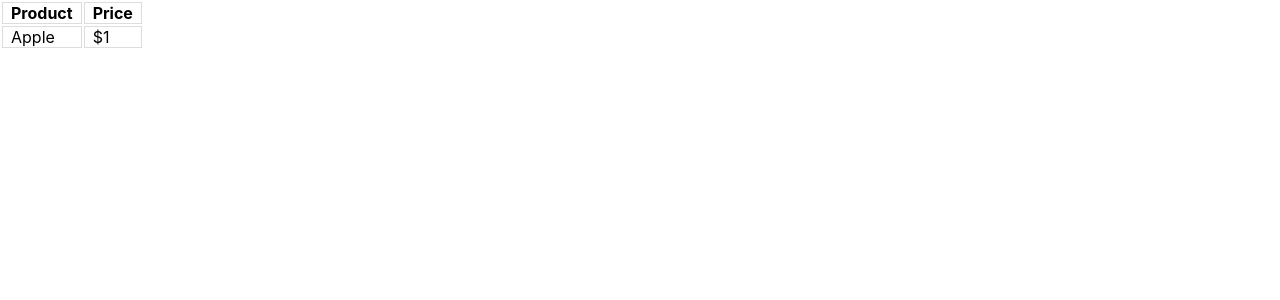
Repository: mariocapitbrok/reactjs-learn
Page: / (app in 05_filtered-data-table/)
An editor plug-in stored every save of this project. The page is shown before and after the next save, followed by the edit.
The browser window is 1280 px wide. The pictures show the whole page.
The project was rebuilt for these pictures with package versions that can differ from the ones it lists, and the page was loaded fresh each time.

Above is the page before, as saved 2023-02-25 20:31:05.

### 05_filtered-data-table/src/App.js
import ProductRow from './components/ProductRow'
import './App.css'

function App() {
  return (
    <div className="App">
      <ProductRow />
    </div>
  )
}

export default App

### 05_filtered-data-table/src/components/ProductRow.jsx
import styled from 'styled-components'
import '../App.css'

function ProducTrow() {
  const product = {
    category: 'Fruits',
    price: '$1',
    stocked: true,
    name: 'Apple',
  }

  return (
    <Table>
      <Thead>
        <Tr>
          <Th>Product</Th>
          <Th>Price</Th>
        </Tr>
      </Thead>
      <Tbody>
        <Tr>
          <Td>{product.name}</Td>
          <Td>{product.price}</Td>
        </Tr>
      </Tbody>
    </Table>
  )
}

export default ProducTrow

const Table = styled.table.attrs(props => ({
  id: 'products',
}))``
const Thead = styled.thead.attrs(props => ({}))``
const Tbody = styled.tbody.attrs(props => ({}))``
const Tr = styled.tr.attrs(props => ({}))``
const Th = styled.th.attrs(props => ({}))``
const Td = styled.td.attrs(props => ({}))``

### 05_filtered-data-table/src/App.css
#products th, #products td {
  border: 1px solid #ddd;
  padding: 0px 8px;
}

Loaded but not shown: 05_filtered-data-table/public/index.html (common file); 05_filtered-data-table/src/index.js (common file); 05_filtered-data-table/src/index.css (common file); 05_filtered-data-table/src/reportWebVitals.js (common file)

After the next save:
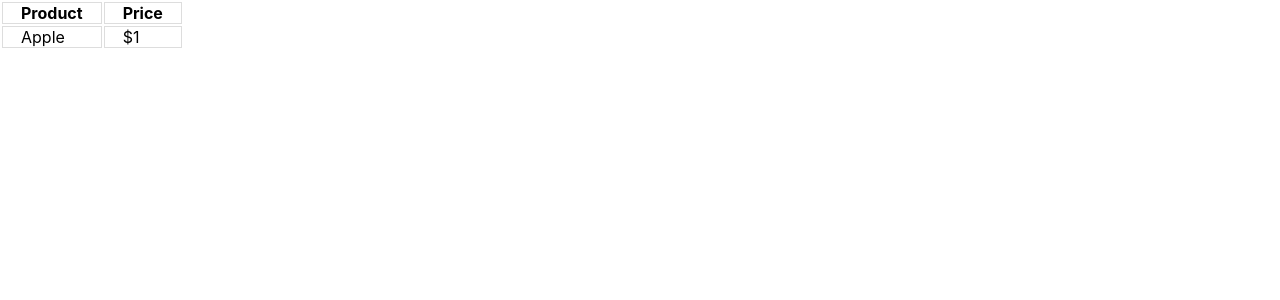
Saved 5 s later.
--- a/05_filtered-data-table/src/App.css
+++ b/05_filtered-data-table/src/App.css
@@ -1,4 +1,4 @@
 #products th, #products td {
   border: 1px solid #ddd;
-  padding: 0px 8px;
+  padding: 0px 18px;
 }
